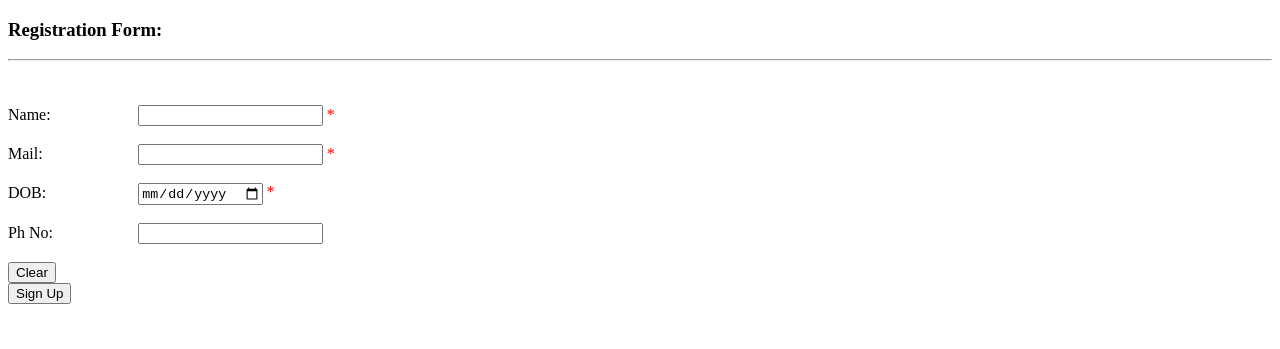
Repository: KrishnaSandeep79/WPS-Assignment
Page: WPS/WebContent/reg.html
An editor plug-in stored every save of this project. The page is shown before and after the next save, followed by the edit.
The browser window is 1280 px wide. The pictures show the whole page.

Above is the page before, as saved 2019-08-24 08:58:11.

After the next save:
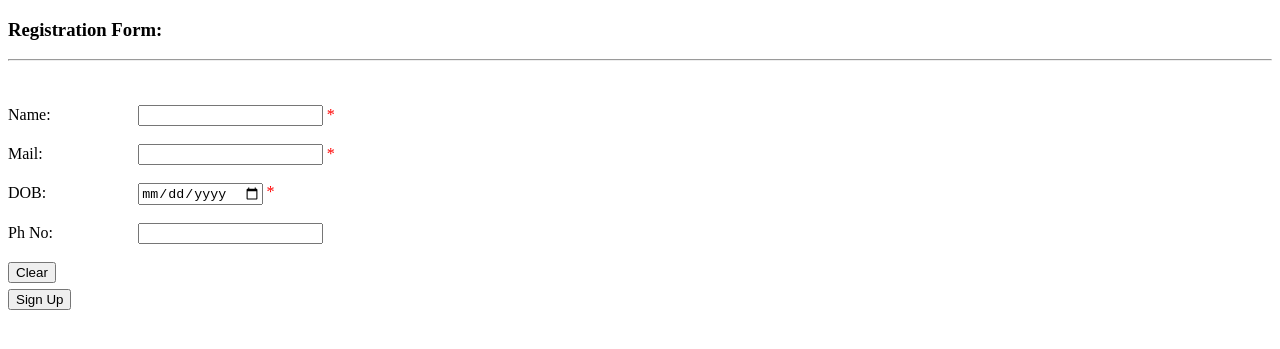
Saved 10 min 43 s later.
--- a/WPS/WebContent/reg.html
+++ b/WPS/WebContent/reg.html
@@ -49,7 +49,16 @@
 
 function terms()
 {
-	confirm("Do you accept to the terms and conditions");
+	var txt;
+	if(confirm("Do you accept to our terms and conditions"))
+		{
+		 txt="You have registered successfully";
+		}
+	else
+		{
+		txt="Better luck next time";
+		}
+	document.getElementById("1").innerHTML=text;
 }
 
 
@@ -79,9 +88,9 @@
 <label>Ph No:<input style="margin-left:85px" type="text" name="number"></label>
 <br>
 <br>
-
 <input type="reset" value="Clear"><br>
 <input type="submit" value="Sign Up">
+<b id="1" style="font-size:24px;"></b>
 </form>
 </body>
 </html>
